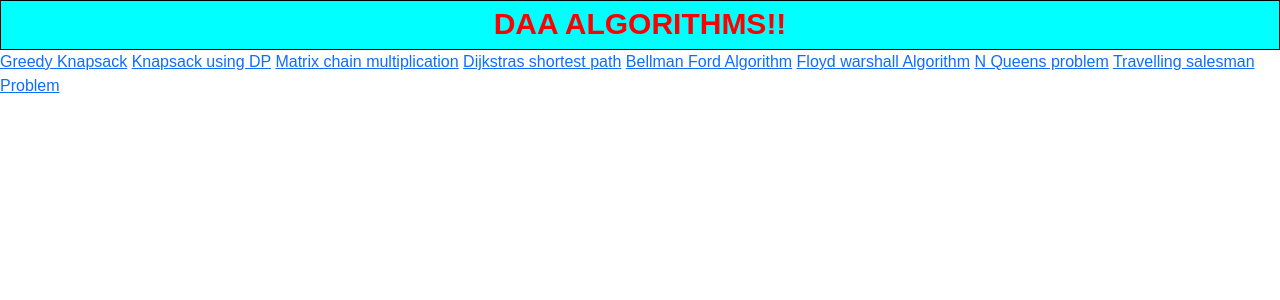
Repository: vinaybabu3962/ALGORITHMIC-TOOLBOX
Page: DAA_WT/webapp/index.html
The author's editor kept a copy of each file at every save. The page is drawn from the files as they stood at one save, then again after the next save.
The browser window is 1280 px wide. The pictures show the whole page.

Above is the page before, as saved 2021-07-06 14:04:21.

After the next save:
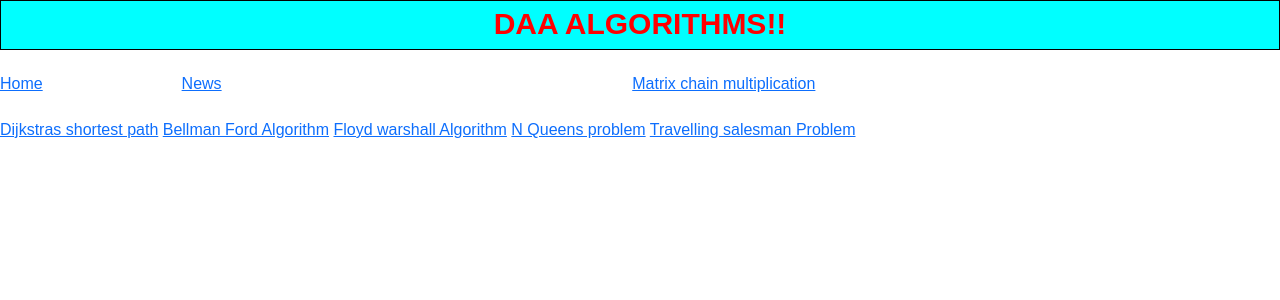
Saved 87 s later.
--- a/DAA_WT/webapp/index.html
+++ b/DAA_WT/webapp/index.html
@@ -88,13 +88,34 @@ body {
 <div class="header" style="color:red;font-weight:bold;font-size:30px;border:1px solid black;background-color:cyan;height:50px;text-align:center;">
 	DAA ALGORITHMS!!
 </div>
+<div class="navbar">
+  <a href="#home">Home</a>
+  <a href="#news">News</a>
+  <div class="dropdown">
+    <button class="dropbtn">KNAPSACK
+      <i class="fa fa-caret-down"></i>
+    </button>
+    <div class="dropdown-content">
+				<a href="GreedyKnapsack.html">Greedy Knapsack</a>
+  				<a href="KnapSackDP.html">Knapsack using DP</a>
+    </div>
+  </div>
+  <a href="MatrixChainMultiplication.html">Matrix chain multiplication</a>
+  <div class="dropdown">
+    <button class="dropbtn">SHORTEST DISTANCE ALGORITHMS
+      <i class="fa fa-caret-down"></i>
+    </button>
+    <div class="dropdown-content">
+				<a href="GreedyKnapsack.html">Greedy Knapsack</a>
+  				<a href="KnapSackDP.html">Knapsack using DP</a>
+    </div>
+  </div>
+</div>
 
 
-		<a href="GreedyKnapsack.html">Greedy Knapsack</a>
-  		<a href="KnapSackDP.html">Knapsack using DP</a>
 
 
-  <a href="MatrixChainMultiplication.html">Matrix chain multiplication</a>
+
   <a href="Dijkstras.html">Dijkstras shortest path</a>
   <a href="BellmanFord.html">Bellman Ford Algorithm</a>
   <a href="FloydWarshall.html">Floyd warshall  Algorithm</a>
